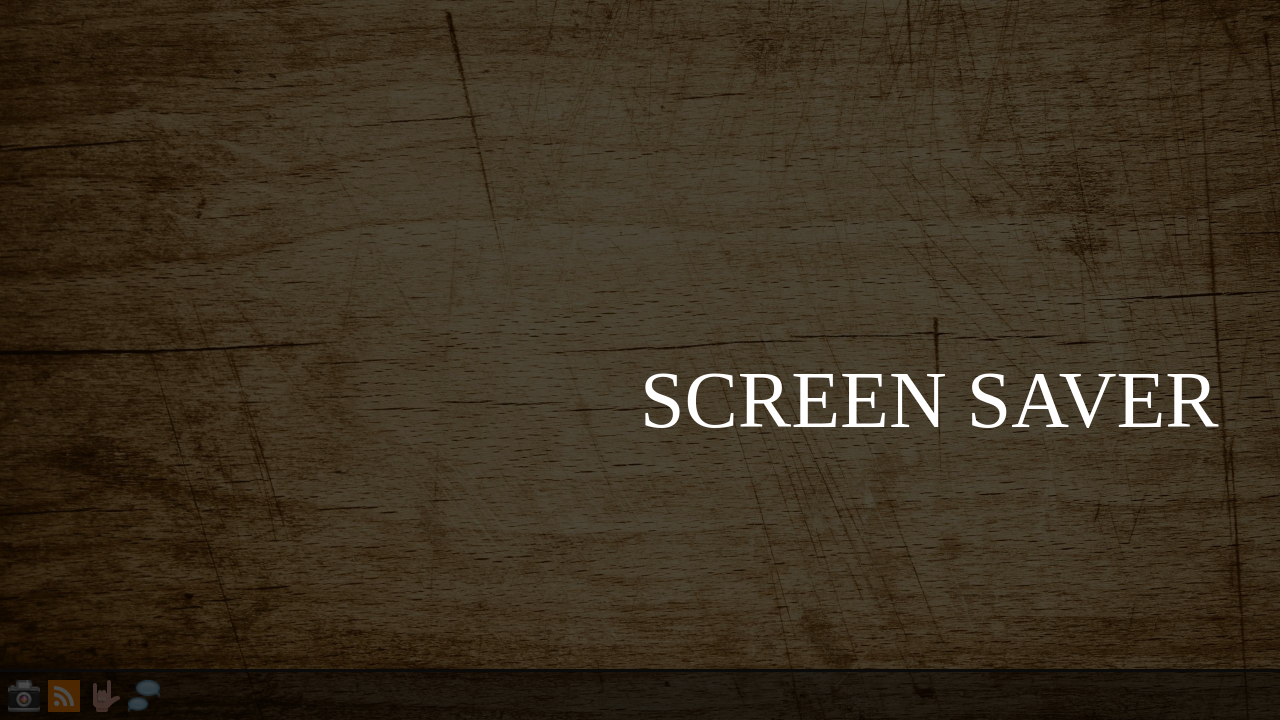
Repository: dv222bk/1dv403-laborationer
Page: 5-pwd/index.html
The author's editor kept a record of every edit. The page is drawn from the files as they stood at one moment, then again after the next edit.
The browser window is 1280 px wide. The pictures show the whole page.

Above is the page before.

After the next edit:
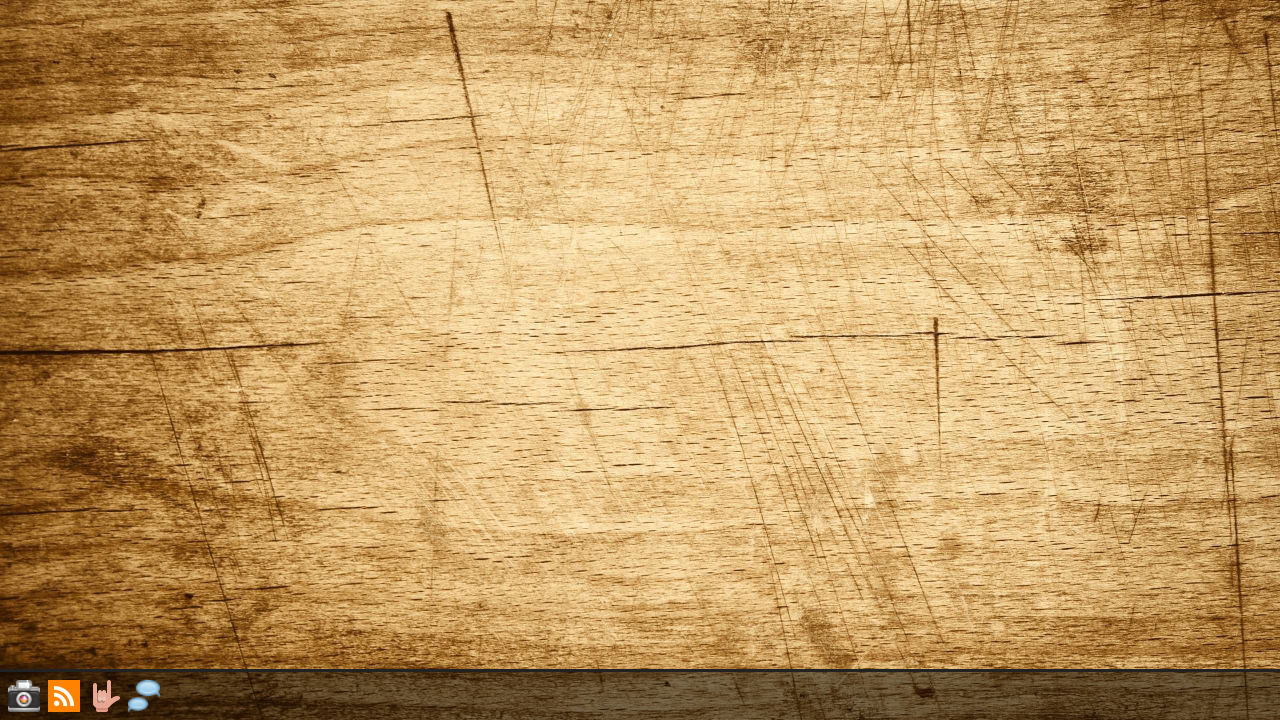
The edit:
--- a/5-pwd/DESKTOPAPP/script/desktop.js
+++ b/5-pwd/DESKTOPAPP/script/desktop.js
@@ -39,7 +39,7 @@
     lastWindowY = 20;
     zIndex = 1;
     idleTime = 0;
-    increaseIdleTimeInterval = setInterval(increaseIdleTime, 100);
+    increaseIdleTimeInterval = setInterval(increaseIdleTime, 10000);
     console.log(increaseIdleTimeInterval);
 
     document.onmousemove = function() {
